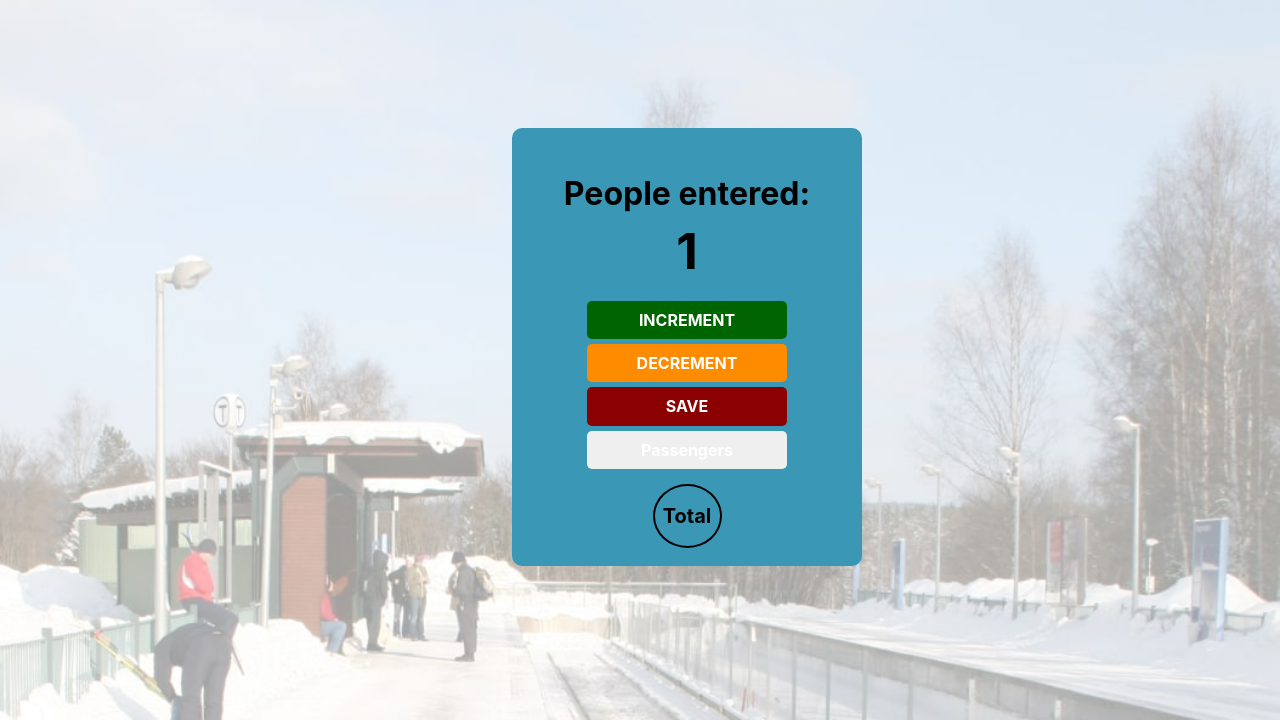
Repository: Siphamandla201/Javascript-Journey
Page: CounterApp/Counter.html
These files come from the project's save history. The page is drawn as it stood at one moment and after the next save; the edit follows.
The browser window is 1280 px wide. The pictures show the whole page.
After loading, the first visible `#increment-btn` was clicked once.

Above is the page before, as saved 2023-07-28 09:48:36.

### CounterApp/Counter.html
<html>
    <head><link rel="stylesheet" href="https://cdnjs.cloudflare.com/ajax/libs/normalize/8.0.1/normalize.css">
        <link rel="stylesheet" href="Counter.css">
    </head>
    <body>
        <main>
            <h1>People entered:</h1>
            <h2 id="count-el">0</h2>
            <button id="increment-btn" onclick="increment()">INCREMENT</button>
            <button id="decrement" onclick="decrement()">DECREMENT</button>
            <button id="save-btn" onclick="save()">SAVE</button>
            <button id="passenger-btn" onclick="SeePassengers()">Passengers</button>
            <div id="passenger">
                <span id="save-el">Total</span>
            </div>
        </main>
        <script src="Counter.js"></script>
    </body>
</html>

### CounterApp/Counter.css
body {
    background-image: url("station.jpg");
    background-size: cover;
    font-family: -apple-system, BlinkMacSystemFont, 'Segoe UI', Roboto, Oxygen, Ubuntu, Cantarell, 'Open Sans', 'Helvetica Neue', sans-serif;
    font-weight: bold;
    text-align: center;
    margin-top: 10%;
}

main {
    background: rgb(59, 151, 182);
    width: 350px;
    height: 400px;
    margin-left: 40%;
    padding-top: 3%;
    border-radius: 10px;
    display: flex;
    align-items: center;
    flex-direction: column;
}

h1 {
    margin-top: 10px;
    margin-bottom: 10px;
}

h2 {
    font-size: 50px;
    margin-top: 0;
    margin-bottom: 20px;
}

button {
    border: none;
    padding-top: 10px;
    padding-bottom: 10px;
    color: white;
    font-weight: bold;
    width: 200px;
    margin-bottom: 5px;
    border-radius: 5px;
}

#increment-btn {
    background: darkgreen;
}

#decrement {
    background: darkorange;
}

#save-btn {
    background: darkred;
}

#passenger {
    margin-top: 10px;
    width: 65px;
    height: 60px;
    border-radius: 50%;
    border: 2px solid black;
    display: flex;
    align-items:center;
    justify-content: center;
}

#save-el {
    font-size: 20px;
}

### CounterApp/Counter.js
// Initialize the count variable to 0
let count = 0;
let people = [];

// Get the element with ID "save-el" and store it in the saveEl variable
let saveEl = document.getElementById("save-el");

// Get the element with ID "count-el" and store it in the countEl variable
let countEl = document.getElementById("count-el");

let passengerBtn = document.getElementById("passenger-btn");


// Function to increment the count and update the countEl text content
function increment() {
    count += 1; // Increment the count by 1
    countEl.textContent = count; // Update the text content of countEl to the new count value
}

// Function to increment the count and update the countEl text content
function decrement() {
    count -= 1; // Increment the count by 1
    countEl.textContent = count; // Update the text content of countEl to the new count value
}


// Function to save the current count and reset it to 0
function save() {
    let countStr = count; // Create a string containing the current count followed by a hyphen and space

    people.push(countStr);

    totalPeople = 0;
    for(let i = 0; i < people.length; i++) {
        totalPeople += parseInt(people[i]);
    }

    // lastPerson =


    saveEl.textContent = totalPeople ; // Append the countStr to the existing content of saveEl
    countEl.textContent = 0; // Reset the text content of countEl to 0
    count = 0; // Reset the count variable to 0

    console.log(`Total : ${people}`);
    console.log(`Total : ${totalPeople}`);
}


function SeePassengers() {

}

After the next save:
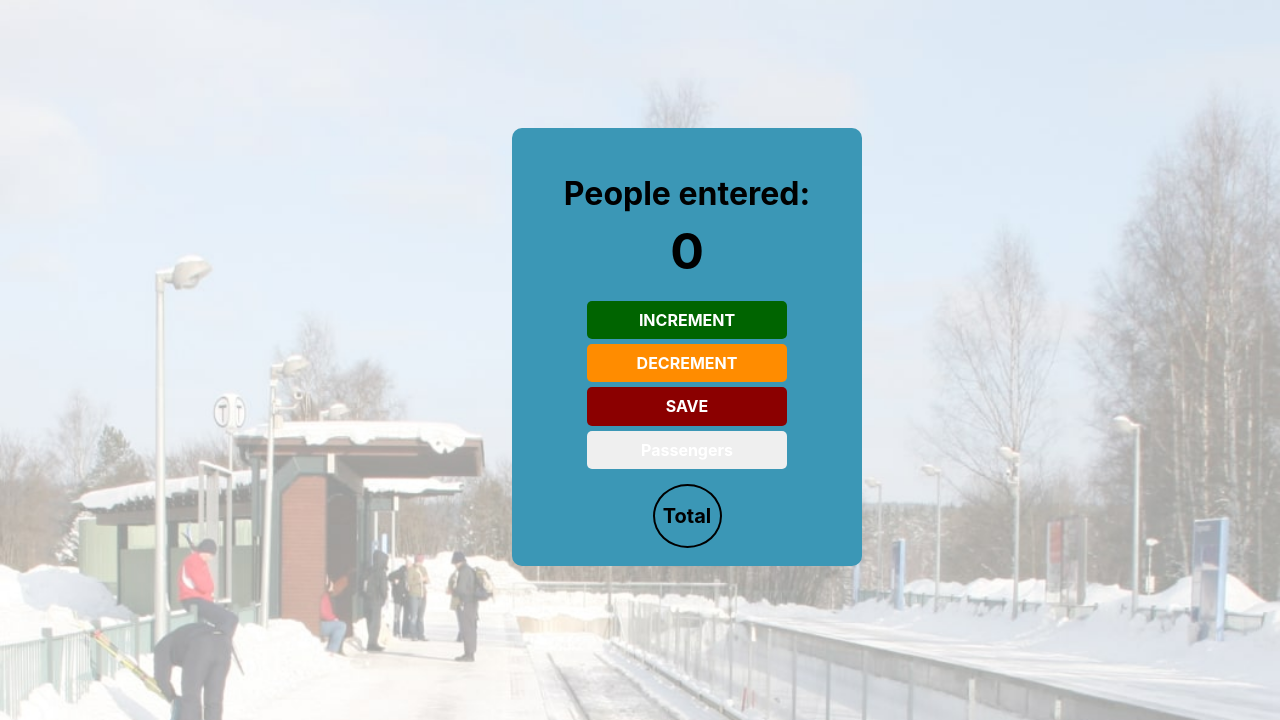
Console error: SyntaxError: Unexpected token '}'
Saved 34 s later.
--- a/CounterApp/Counter.js
+++ b/CounterApp/Counter.js
@@ -14,7 +14,7 @@
 // Function to increment the count and update the countEl text content
 function increment() {
     count += 1; // Increment the count by 1
-    countEl.textContent = count; // Update the text content of countEl to the new count value
+    countEl.textContent =
 }
 
 // Function to increment the count and update the countEl text content

After the 5 saves that followed:
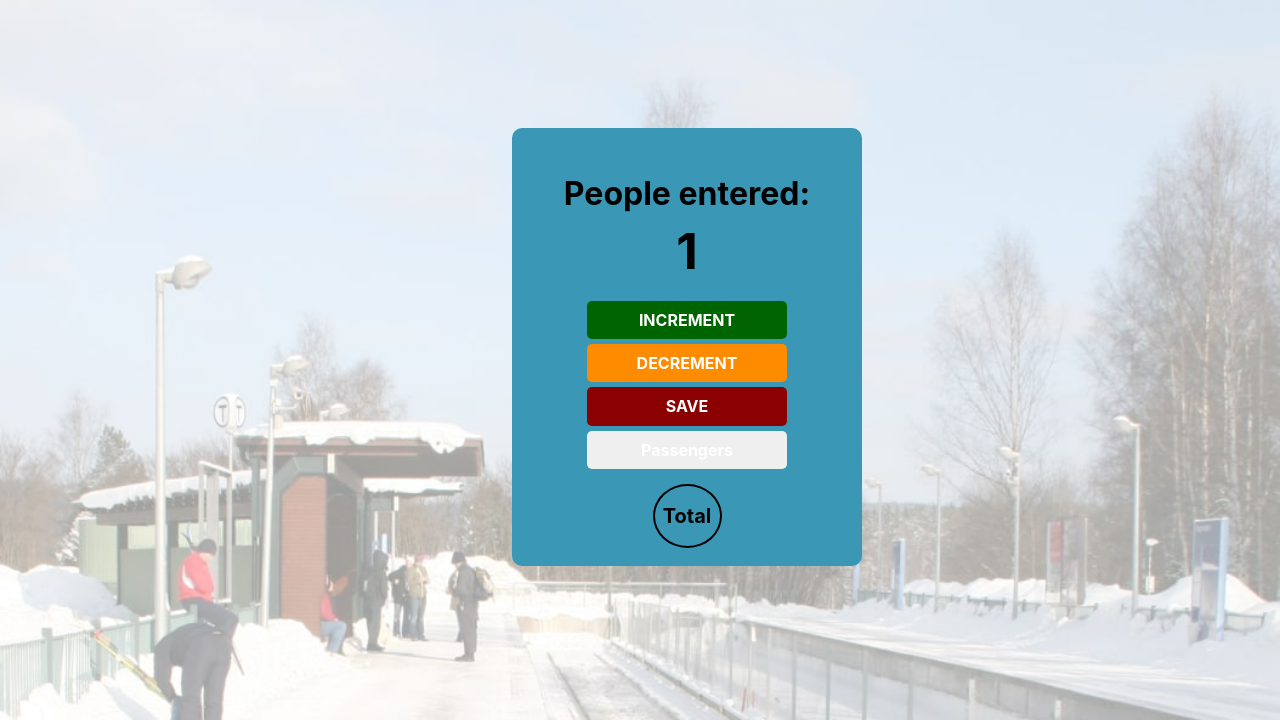
The error is gone.
The 5 saves are shown as one change because 1 left the picture as it was and some came seconds apart.
The last was saved 18 s later.
--- a/CounterApp/Counter.js
+++ b/CounterApp/Counter.js
@@ -13,8 +13,7 @@
 
 // Function to increment the count and update the countEl text content
 function increment() {
-    count += 1; // Increment the count by 1
-    countEl.textContent =
+    countEl.textContent = count += 1; // Increment the count by 1
 }
 
 // Function to increment the count and update the countEl text content
